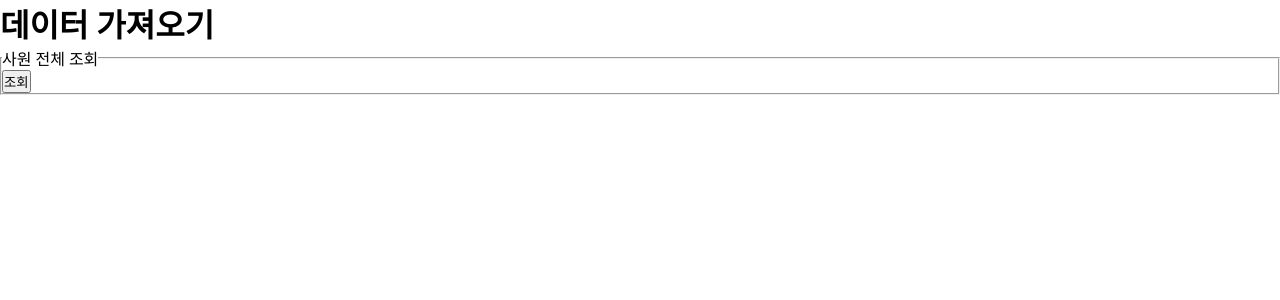
Repository: lafayetteey/WorkSpace
Page: workspace_jq_Ajax/UI_JQ_Ajax/WebContent/jq22_ajax.html
An editor plug-in stored every save of this project. The page is shown before and after the next save, followed by the edit.
The browser window is 1280 px wide. The pictures show the whole page.

Above is the page before, as saved 2020-06-22 08:41:50.

After the next save:
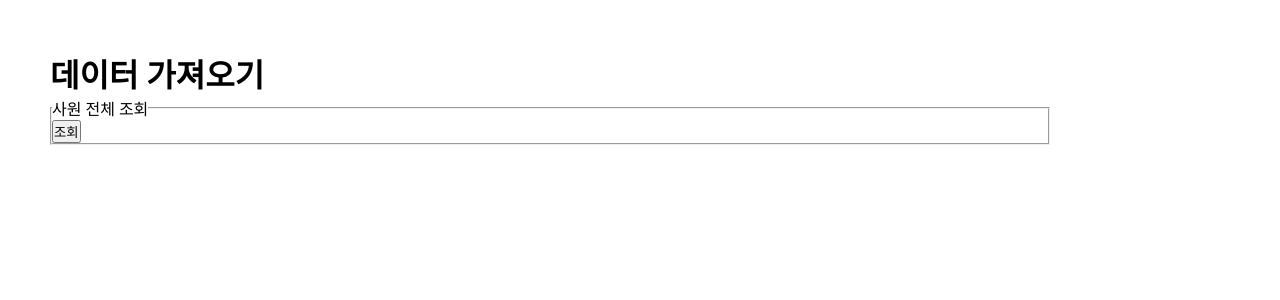
Saved 31 s later.
--- a/workspace_jq_Ajax/UI_JQ_Ajax/WebContent/jq22_ajax.html
+++ b/workspace_jq_Ajax/UI_JQ_Ajax/WebContent/jq22_ajax.html
@@ -10,6 +10,8 @@
 	}
 	table{width : 900px;}
 	table tr:nth-child(1){background-color: orange;}
+	field{width: 400px;}
+	body{width : 1000px; margin: 50px;'}
 </style>
 </head>
 <body>
